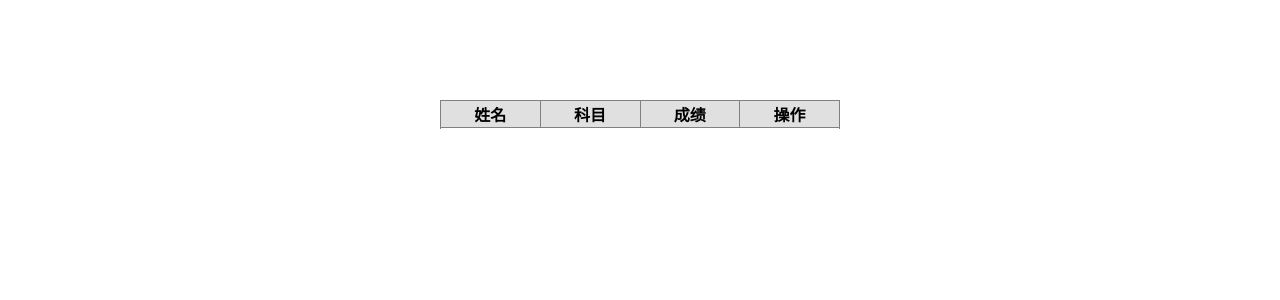
Repository: Sky0258/study
Page: js/10.动态生成表格.html
These files come from the project's save history. The page is drawn as it stood at one moment and after the next save; the edit follows.
The browser window is 1280 px wide. The pictures show the whole page.

Above is the page before, as saved 2022-09-11 20:26:25.

### js/10.动态生成表格.html
<!DOCTYPE html>
<html lang="en">
<head>
    <meta charset="UTF-8">
    <meta http-equiv="X-UA-Compatible" content="IE=edge">
    <meta name="viewport" content="width=device-width, initial-scale=1.0">
    <title>Document</title>
</head>
<style>
    table {
        border-collapse: collapse;
        width: 400px;
        margin: 100px auto;
    }
    tr {
        background-color: #e0e0e0;
    }
    td {
        text-align: center;
    }

</style>
<body>
    <table border="true">
        <thead>
            <tr>
                <th>姓名</th>
                <th>科目</th>
                <th>成绩</th>
                <th>操作</th>
            </tr>
        </thead>
        <tbody>

        </tbody>
    </table>
</body>
<script>
    var data = [
        {
        name: '张三',
        subject: '物理',
        grade: 99
        },
        {
        name: '李四',
        subject: '物理',
        grade: 89
        },
        {
        name: '王五',
        subject: '物理',
        grade: 78
        },
        {
        name: '陈六',
        subject: '物理',
        grade: 99
        }
    ]
    var table = document.querySelector('table');

    for(var i = 0;i < data.length;i++) {
        var tr = document.createElement('tr');

        console.log(data[0].length);

        for(var j = 0;j < data[i].length;j++) {
            var td = document.createElement('td');
            td.innerHTML = data[i][j];
            tr.appendChild(td);
            console.log(tr);
        }
        table.children[1].appendChild(tr);
    }
</script>
</html>

After the next save:
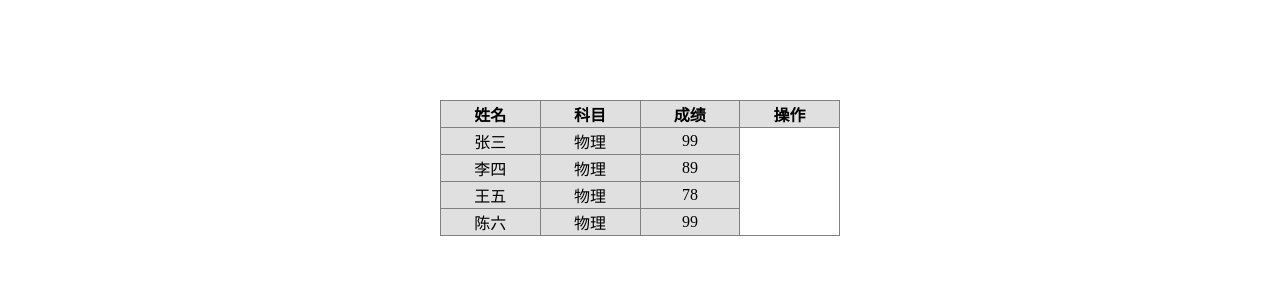
Saved 51 s later.
--- a/js/10.动态生成表格.html
+++ b/js/10.动态生成表格.html
@@ -63,9 +63,7 @@
     for(var i = 0;i < data.length;i++) {
         var tr = document.createElement('tr');
 
-        console.log(data[0].length);
-
-        for(var j = 0;j < data[i].length;j++) {
+        for(var j in data[i]) {
             var td = document.createElement('td');
             td.innerHTML = data[i][j];
             tr.appendChild(td);
